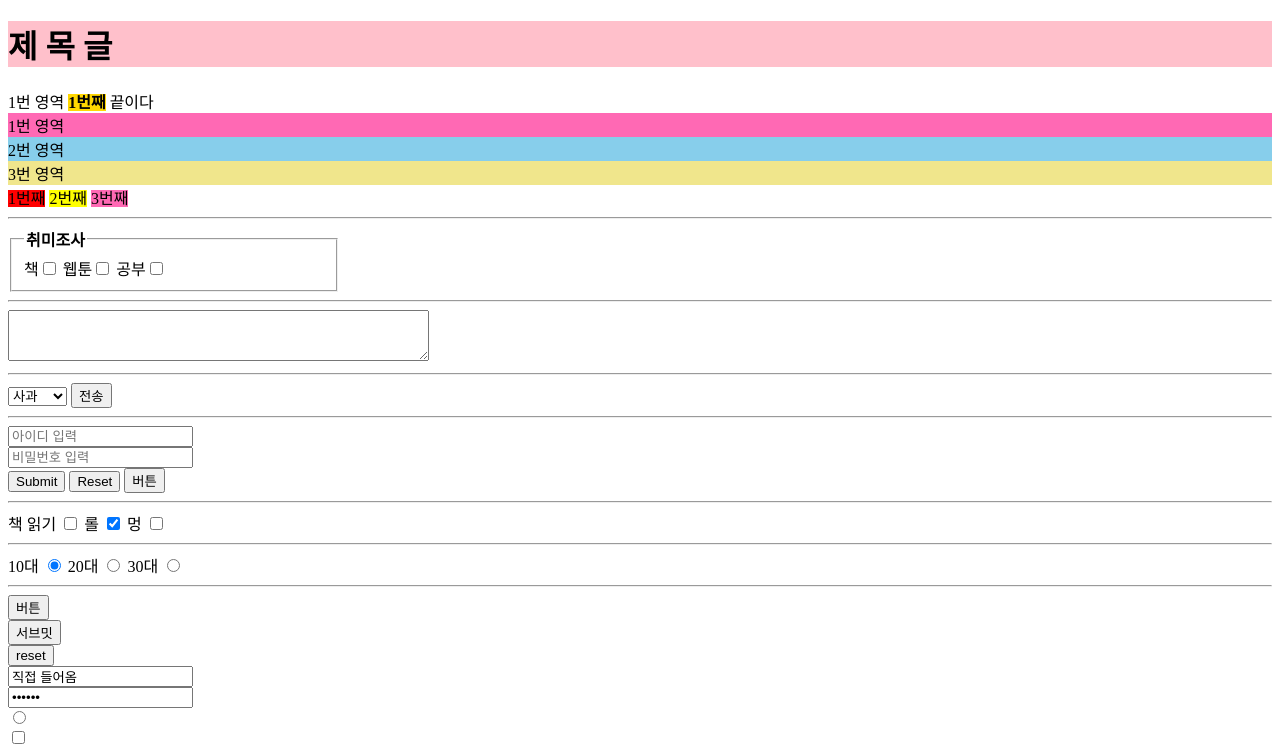
Repository: basstpgns/20201029html
Page: jsp/html/test02.html
These files come from the project's save history. The page is drawn as it stood at one moment and after the next save; the edit follows.
The browser window is 1280 px wide. The pictures show the whole page.

Above is the page before, as saved 2020-10-30 04:49:47.

### jsp/html/test02.html
<!DOCTYPE html>
<html>
<head>
<meta charset="UTF-8">
<title>Insert title here</title>
</head>
<body>
	<header style="background-color: pink;">
		<h1>제 목 글</h1>
	</header>
	<nav style="background-color: khaki;"></nav>
	<div>
		1번 영역 <span style="background-color: gold;"><b>1번째</b></span> 끝이다
	</div>
	<!-- 블록 단위로 구분 -->
	<div style="background-color: hotpink;">1번 영역</div>
	<div style="background-color: skyblue;">2번 영역</div>
	<div style="background-color: khaki;">3번 영역</div>
	<span style="background-color: red">1번째</span>
	<!-- 인라인 방식 -->
	<span style="background-color: yellow">2번째</span>
	<span style="background-color: hotpink">3번째</span>
	<hr>
	<fieldset style="width: 300px;">
		<legend>
			<b>취미조사</b>
		</legend>
		책<input type="checkbox"> 웹툰<input type="checkbox"> 공부<input
			type="checkbox">
	</fieldset>
	<hr>
	<textarea rows="3" cols="50"></textarea>
	<hr>
	<form>
		<select size="1" name="select">
			<!-- 사용자가 선택한 값의 value를 넘겨준다.  -->
			<option value="사과11">사과
			<option value="배11">배
			<option value="복숭아11">복숭아
			<option value="수박11">수박
		</select>
		<button type="submit">전송</button>
	</form>
	<hr>
	<form action="test01.html" method="post">
		<!-- 버튼을 동작하기 위한 명령어 -->
		<input type="text" name="id" placeholder="아이디 입력"><br>
		<!--
			name에 입력한 값을 저장시키고 전달해준다. 변수를 만들어준다.
			method를 입력하지 않으면 기본값으로 get방식이 된다.
			get방식 : 사용자가 입력한 값을 url에 넘겨주는 방식 / 최대 256byte까지만 지원한다. / 용량이 적거나 다른 사용자에게 보여져도 상관없으면 get방식을 이용한다.
			post방식 : 데이터를 헤드에 붙혀서 넘겨주기 때문에  대용량데이터의 전달이 가능하다. / 데이터에 보안이 필요할 때 사용한다.
		 -->
		<input type="text" name="pw" placeholder="비밀번호 입력"> <br>
		<input type="submit" placeholder="로그인">
		<!-- submit은 무조건 form으로 묶어줘야 한다. 버튼이 눌렸을 때 action에 경로가 있다면 해당하는 경로로 이동한다. -->
		<input type="reset" placeholder="초기화"> <input type="button"
			value="버튼">
		<!-- 버튼은 다른방식을 이동해야 한다. -->
	</form>
	<hr>
	책 읽기
	<input type="checkbox"> 롤
	<input type="checkbox" checked> 멍
	<input type="checkbox">
	<hr>
	10대
	<input type="radio" name="age" checked> 20대
	<input type="radio" name="age"> 30대
	<input type="radio" name="age">
	<hr>
	<input type="button" value="버튼">
	<br>
	<input type="submit" value="서브밋">
	<br>
	<input type="reset" value="reset">
	<br>
	<input type="text" value="직접 들어옴">
	<br>
	<input type="password" value="직접 들어옴">
	<br>
	<input type="radio" value="">
	<br>
	<input type="checkbox" value="">
	<br>
</body>
</html>

After the next save:
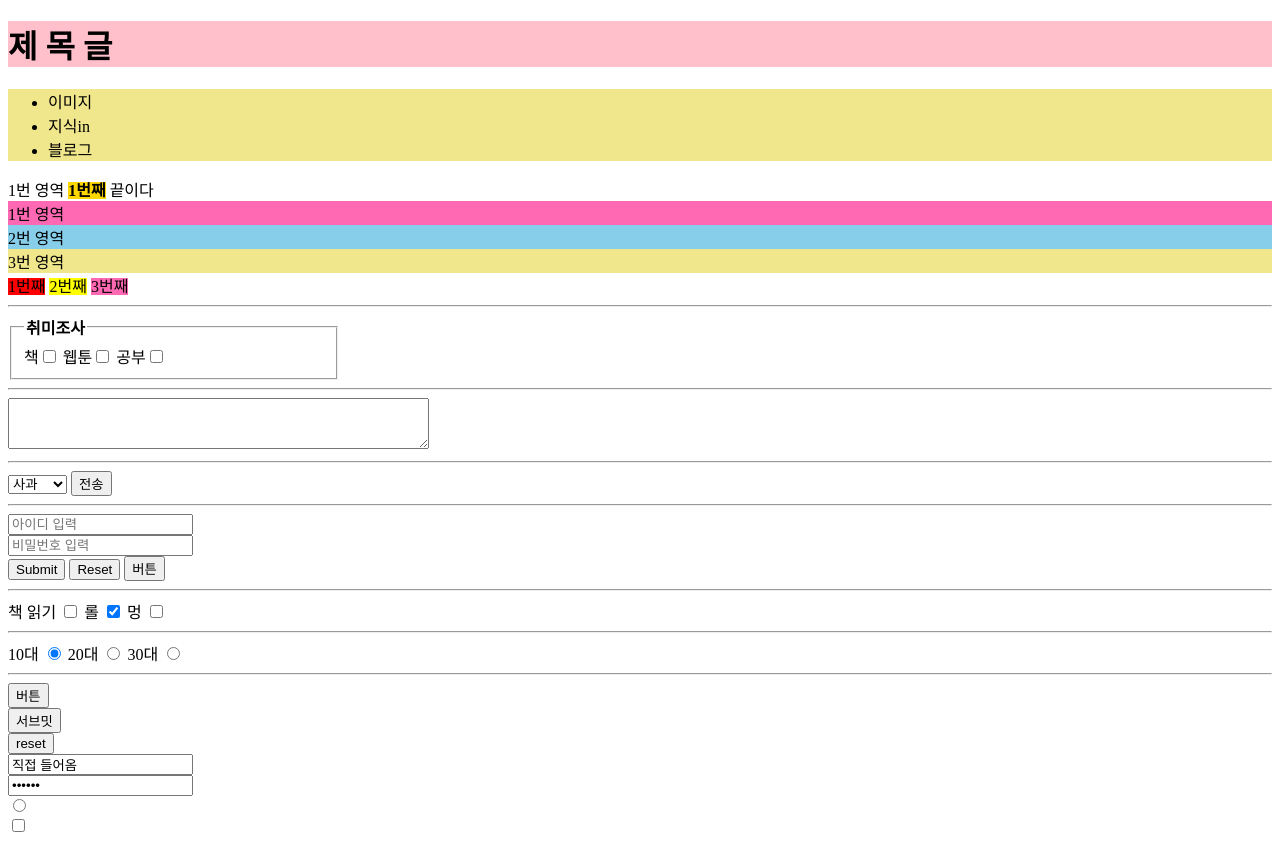
Saved 32 s later.
--- a/jsp/html/test02.html
+++ b/jsp/html/test02.html
@@ -8,7 +8,11 @@
 	<header style="background-color: pink;">
 		<h1>제 목 글</h1>
 	</header>
-	<nav style="background-color: khaki;"></nav>
+	<nav style="background-color: khaki;">
+		<ul>
+			<li>이미지</li><li>지식in</li><li>블로그</li>
+		</ul>
+	</nav>
 	<div>
 		1번 영역 <span style="background-color: gold;"><b>1번째</b></span> 끝이다
 	</div>
